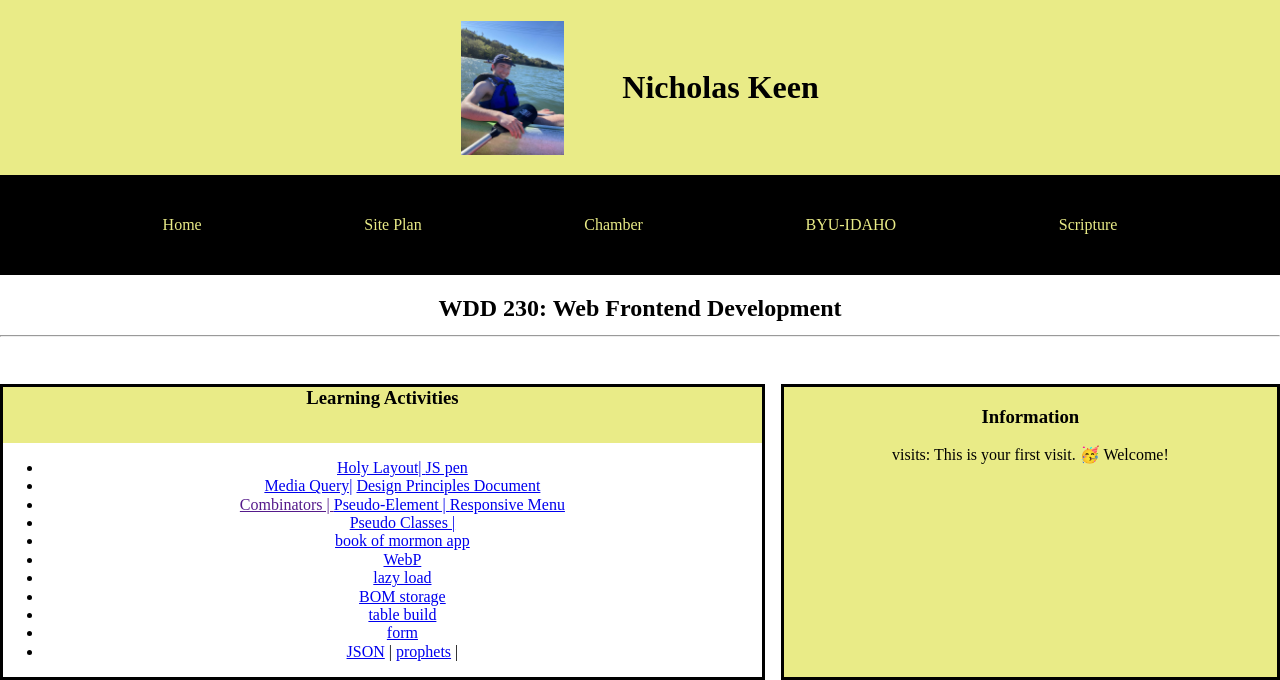
Repository: nak97/WDD230
Page: index.html
These files come from the project's save history. The page is drawn as it stood at one moment and after the next save; the edit follows.
The browser window is 1280 px wide. The pictures show the part of the page from y = 0 to 680 px (the page is 1269 px tall).
Pictures or frames that could not be fetched are drawn as grey boxes. Some icons come from a web library that is not loaded, so they are not drawn. Some web libraries are served in a nearby version.

Above is the page before, as saved 2023-11-16 14:33:16.

After the next save:
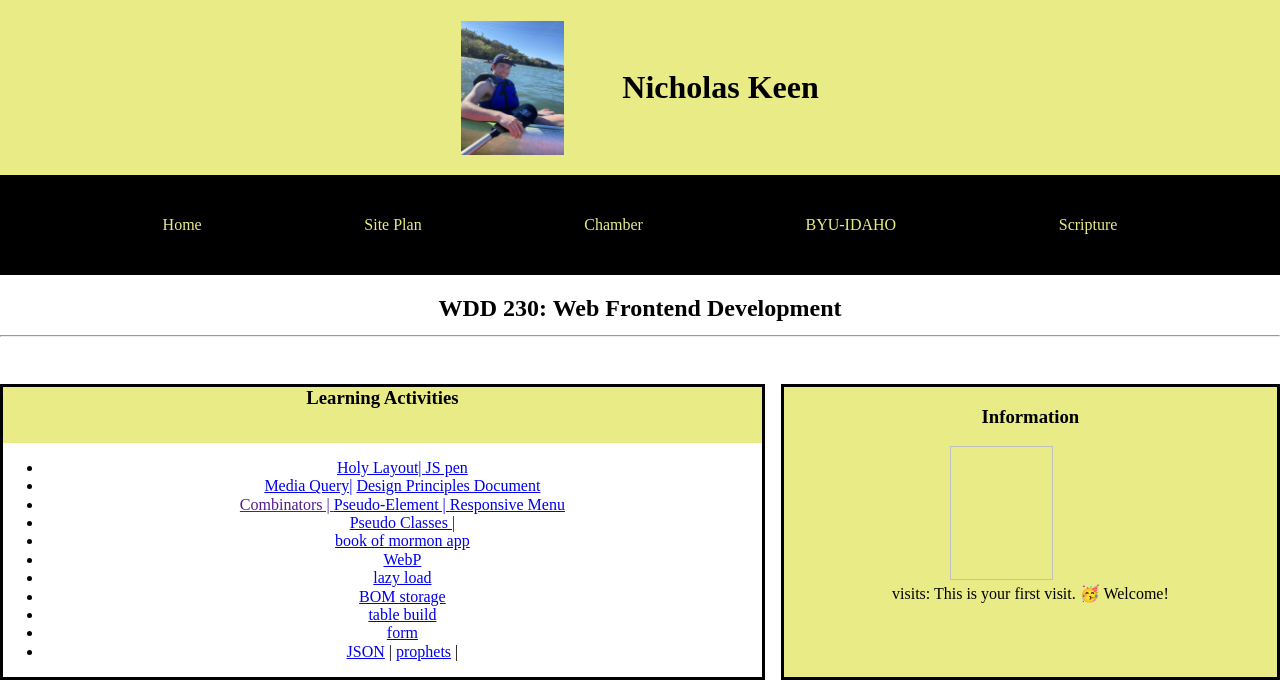
Saved 64 s later.
--- a/index.html
+++ b/index.html
@@ -83,7 +83,7 @@
       <h3>
         Information
       </h3>
-      <div id="weather-info"> <span id="icon"></span> <span id="temperature"></span> <span id="weather-condition"> </span> </div>
+      <div id="weather-info"> <img id="icon"></img> <span id="temperature"></span> <span id="weather-condition"> </span> </div>
       <div><span class="label"> </span> visits: <span class="visits"></span></div>
 
 
